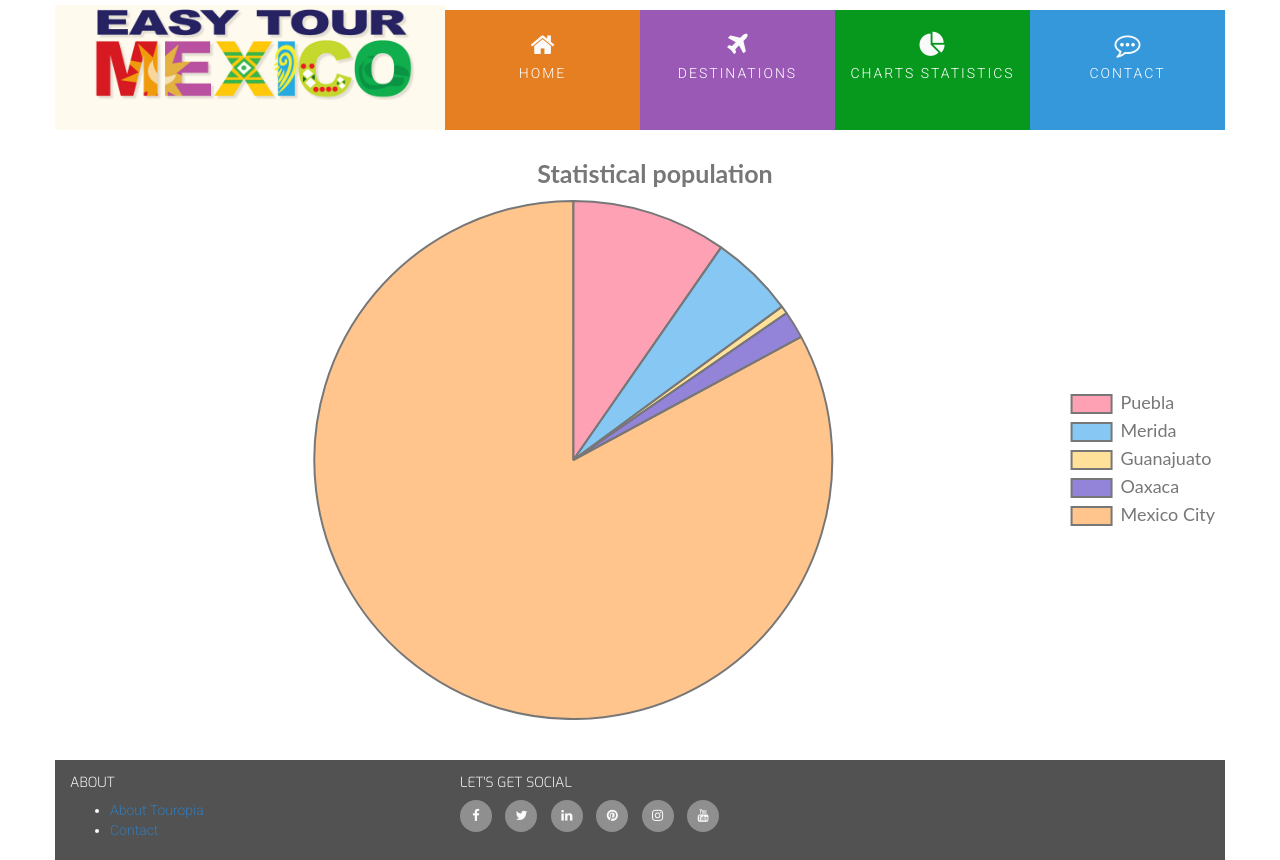
Repository: navegantemx/holiday-destination
Page: charts.html
The author's editor kept a record of every edit. The page is drawn from the files as they stood at one moment, then again after the next edit.
The browser window is 1280 px wide. The pictures show the whole page.
Some web libraries are served in a nearby version.

Above is the page before.

After the next edit:
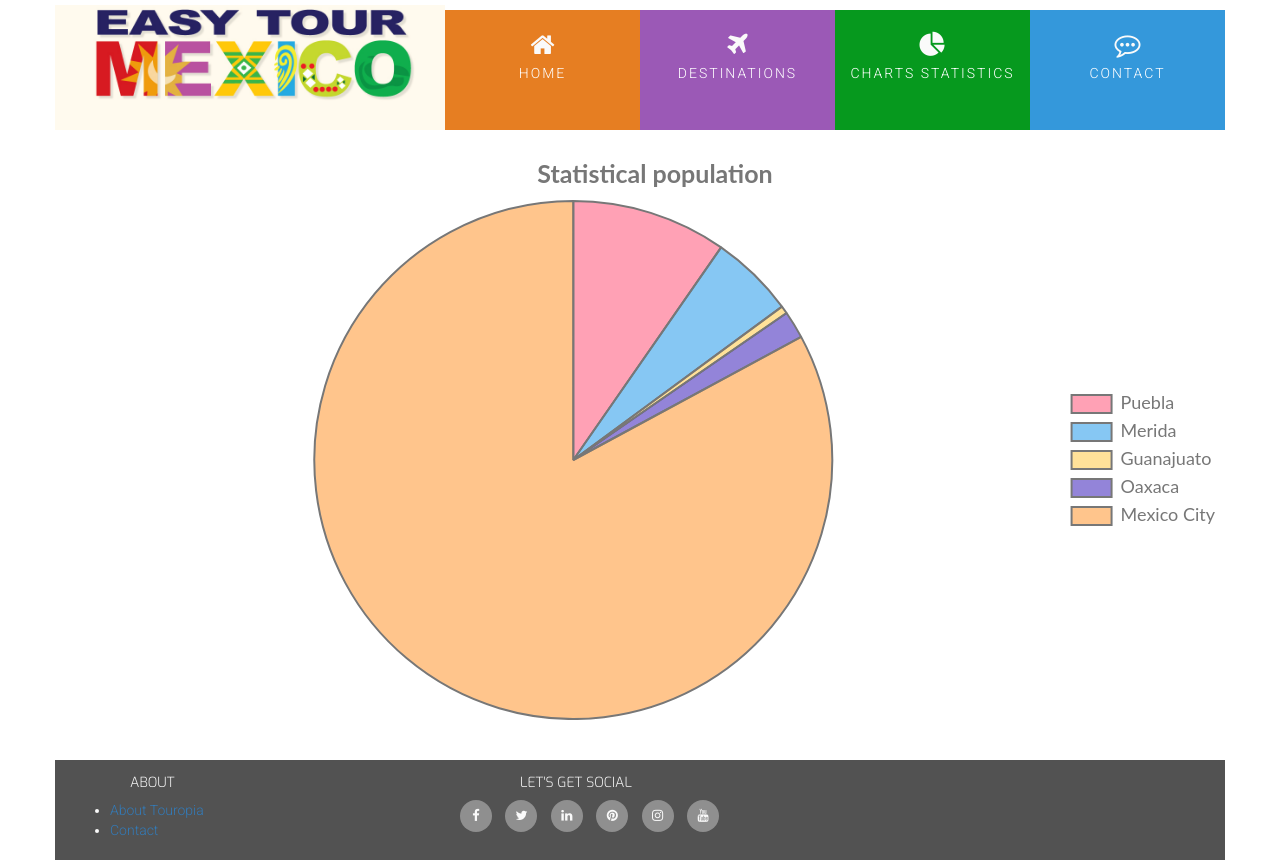
The edit:
--- a/assets/css/style.css
+++ b/assets/css/style.css
@@ -63,6 +63,8 @@
     font-family: "Exo", sans-serif;
     font-weight: 300;
     color: #fafafa;
+    margin-left: 60px;
+
 }
 
 /*--------------------------------------------Heading*/
